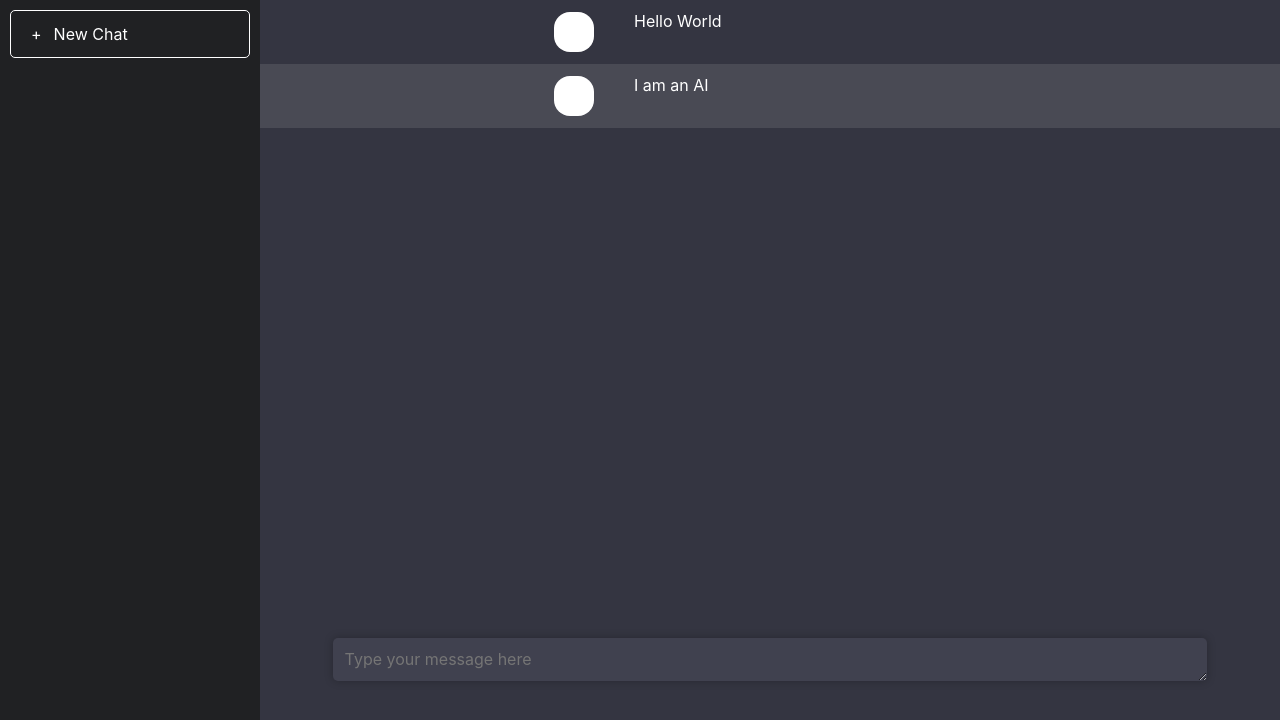
Repository: lancenigel/ChatGPT-Clone
Page: / (app in client/)
The author's editor kept a copy of each file at every save. The page is drawn from the files as they stood at one save, then again after the next save.
The browser window is 1280 px wide. The pictures show the whole page.
The project was rebuilt for these pictures with package versions that can differ from the ones it lists, and the page was loaded fresh each time.

Above is the page before, as saved 2024-02-06 13:05:15.

After the next save:
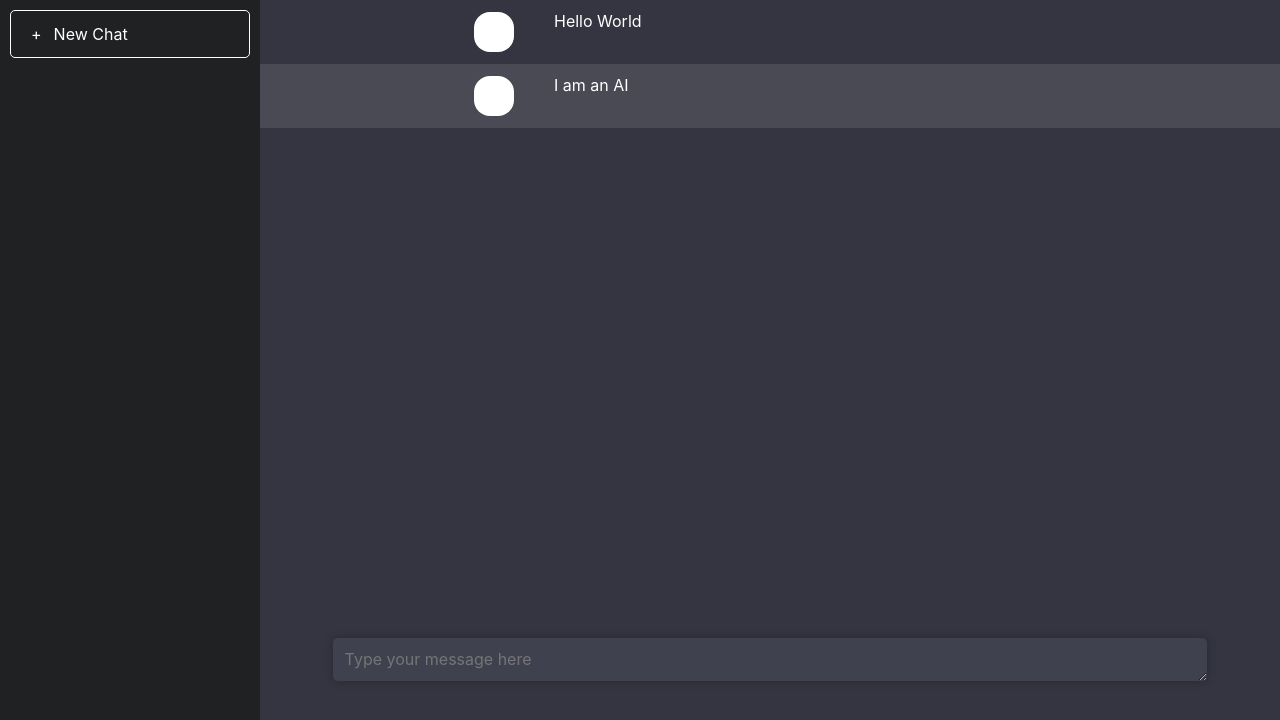
Saved 8 s later.
--- a/client/src/App.css
+++ b/client/src/App.css
@@ -22,7 +22,7 @@
 }
 
 .chat-message-center{
-  max-width:480px;
+  max-width:640px;
   margin-left:auto;
   margin-right:auto;
   padding: 12px;
